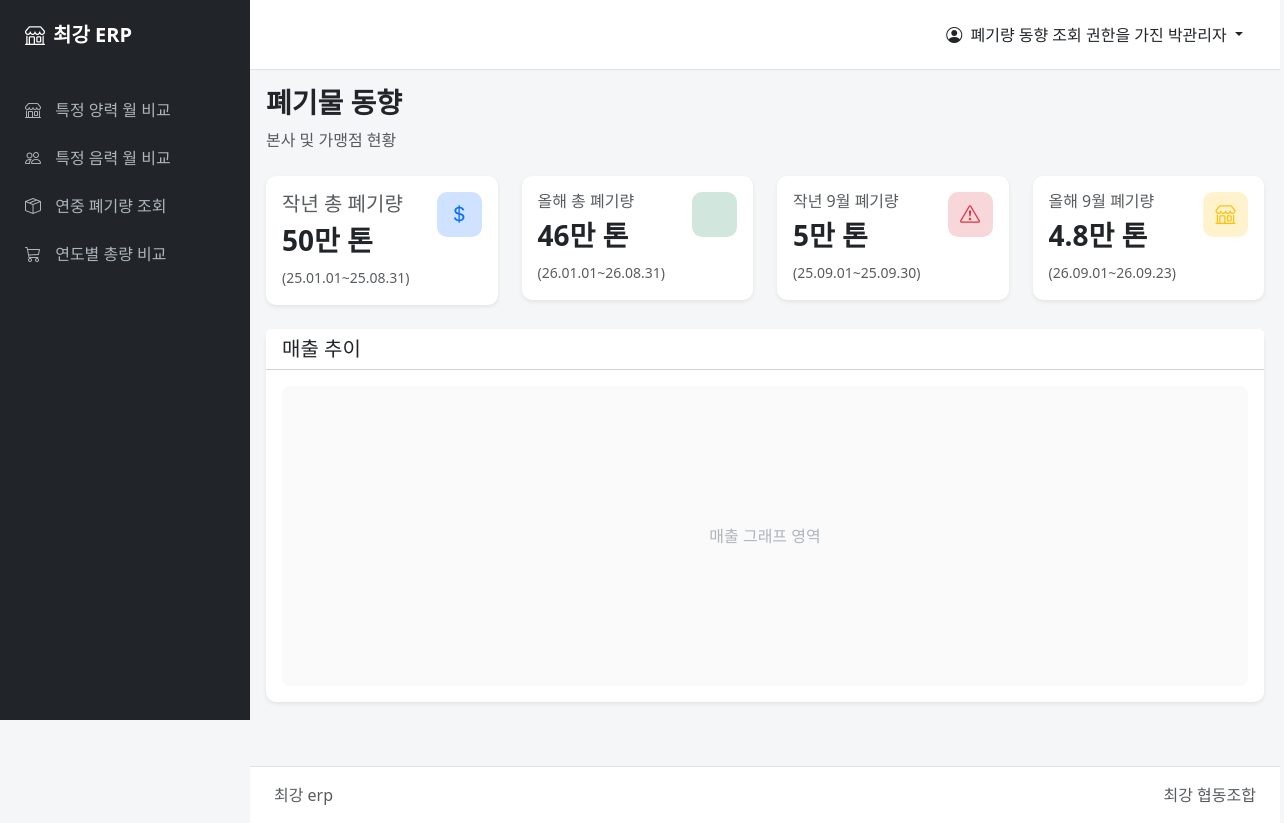
Repository: nojong99/kosta
Page: 32_MVCModel2/src/main/webapp/wasteTrends.html
These files come from the project's save history. The page is drawn as it stood at one moment and after the next save; the edit follows.
The browser window is 1280 px wide. The page is 1280 px wide, then 1284 px, so the pictures cover 1284 px, including what lies to the right of the window. The pictures show the whole page.

Above is the page before, as saved 2026-09-23 03:11:37.

### 32_MVCModel2/src/main/webapp/wasteTrends.html
<!DOCTYPE html>
<html lang="ko">

<head>
    <meta charset="UTF-8">
    <meta name="viewport" content="width=device-width, initial-scale=1">

    <title>Franchise ERP</title>

    <link
        href="https://cdn.jsdelivr.net/npm/bootstrap@5.3.8/dist/css/bootstrap.min.css"
        rel="stylesheet">
    <link
        rel="stylesheet"
        href="https://cdn.jsdelivr.net/npm/bootstrap-icons@1.13.1/font/bootstrap-icons.min.css">
	<link rel="stylesheet" href="css/wasteTrends.css">


</head>


<body>

<div class="sidebar">

    <div class="logo">

        <i class="bi bi-shop me-2"></i>

        <span>최강 ERP</span>

    </div>


    <ul class="nav flex-column mt-3">


        <!-- 대시보드 -->

        <li class="nav-item">

            <a class="nav-link" href="#">

                <i class="bi bi-shop"></i>

                <span>특정 양력 월 비교</span>

            </a>

        </li>

        <li class="nav-item">

            <a class="nav-link" href="#">

                <i class="bi bi-people"></i>

                <span>특정 음력 월 비교</span>

            </a>

        </li>

        <li class="nav-item">

            <a class="nav-link" href="#">

                <i class="bi bi-box-seam"></i>

                <span>연중 폐기량 조회</span>

            </a>

        </li>

        <li class="nav-item">

            <a class="nav-link" href="#">

                <i class="bi bi-cart3"></i>

                <span>연도별 총량 비교</span>

            </a>

        </li>



    </ul>

</div>



<!-- ==================================================
     MAIN
================================================== -->

<div class="main">


    <!-- ==================================================
         TOPBAR
    ================================================== -->

    <nav class="navbar topbar px-4">

        <div>

            <button
                class="btn btn-light d-md-none">

                <i class="bi bi-list"></i>
            </button>

        </div>


        <div class="dropdown">

            <button
                class="btn dropdown-toggle"
                data-bs-toggle="dropdown">

                <i class="bi bi-person-circle me-1"></i>

                폐기량 동향 조회 권한을 가진 박관리자

            </button>


            <ul class="dropdown-menu dropdown-menu-end">

                <li>
                    <a class="dropdown-item" href="#">
                        프로필
                    </a>
                </li>

                <li>
                    <a class="dropdown-item" href="#">
                        설정
                    </a>
                </li>

                <li>
                    <hr class="dropdown-divider">
                </li>

                <li>
                    <a class="dropdown-item" href="#">
                        로그아웃
                    </a>
                </li>

            </ul>

        </div>

    </nav>



    <main class="container-fluid p-3">

        <div class="mb-4">

            <h3 class="fw-bold">
                폐기물 동향
            </h3>

            <p class="text-muted mb-0">
                본사 및 가맹점 현황
            </p>

        </div>

        <div class="row g-4 mb-4">
            <div class="col-12 col-sm-6 col-xl-3">

                <div class="card dashboard-card shadow-sm">

                    <div class="card-body">

                        <div class="d-flex justify-content-between">

                            <div>

                                <h5 class="text-muted">
                                    작년 총 폐기량
                                </h5 >

                                <h3 class="fw-bold">
                                    50만 톤
                                </h3>

                            </div>


                            <div class="dashboard-icon bg-primary-subtle text-primary">

                                <i class="bi bi-currency-dollar"></i>

                            </div>

                        </div>

                        <small class="text-muted">
                            (25.01.01~25.08.31)
                        </small>

                    </div>

                </div>

            </div>

            <div class="col-12 col-sm-6 col-xl-3">

                <div class="card dashboard-card shadow-sm">

                    <div class="card-body">

                        <div class="d-flex justify-content-between">

                            <div>

                                <h6 class="text-muted">
                                    올해 총 폐기량
                                </h6>

                                <h3 class="fw-bold">
                                    46만 톤
                                </h3>

                            </div>


                            <div class="dashboard-icon bg-success-subtle text-success">

                            </div>

                        </div>

                        <small class="text-muted">
                            (26.01.01~26.08.31)
                        </small>

                    </div>

                </div>

            </div>

            <div class="col-12 col-sm-6 col-xl-3">

                <div class="card dashboard-card shadow-sm">

                    <div class="card-body">

                        <div class="d-flex justify-content-between">

                            <div>

                                <h6 class="text-muted">
									작년 9월 폐기량
                                </h6>

                                <h3 class="fw-bold">
                                    5만 톤
                                </h3>

                            </div>


                            <div class="dashboard-icon bg-danger-subtle text-danger">

                                <i class="bi bi-exclamation-triangle"></i>

                            </div>

                        </div>

                        <small class="text-muted">
                            (25.09.01~25.09.30)
                        </small>

                    </div>

                </div>

            </div>

            <div class="col-12 col-sm-6 col-xl-3">

                <div class="card dashboard-card shadow-sm">

                    <div class="card-body">

                        <div class="d-flex justify-content-between">

                            <div>

                                <h6 class="text-muted">
                                    올해 9월 폐기량
                                </h6>

                                <h3 class="fw-bold">
                                    4.8만 톤
                                </h3>

                            </div>


                            <div class="dashboard-icon bg-warning-subtle text-warning">

                                <i class="bi bi-shop"></i>

                            </div>

                        </div>

                        <small class="text-muted">
							(26.09.01~26.09.23)
                        </small>

                    </div>

                </div>

            </div>

        </div>



        <!-- ==================================================
             2. 매출 / 재고
        ================================================== -->

        <div class="row g-4 mb-4">


            <!-- 매출 그래프 -->

            <div class="col-12">

                <div class="card dashboard-card shadow-sm">

                    <div class="card-header bg-white">

                        <h5 class="mb-0">
                            매출 추이
                        </h5>

                    </div>

                    <div class="card-body">

                        <div class="chart-area">

                            <span>
                                매출 그래프 영역
                            </span>

                        </div>

                    </div>

                </div>

            </div>

    </main>



    <!-- ==================================================
         FOOTER
    ================================================== -->

    <footer class="py-3 mt-4 bg-white border-top">

        <div class="container-fluid px-4">

            <div class="d-flex justify-content-between">

                <span class="text-muted">
                    최강 erp
                </span>

                <span class="text-muted">
                    최강 협동조합
                </span>

            </div>

        </div>

    </footer>


</div>



<!-- Bootstrap 5 JS -->

<script
    src="https://cdn.jsdelivr.net/npm/bootstrap@5.3.8/dist/js/bootstrap.bundle.min.js">
</script>


</body>

</html>

### 32_MVCModel2/src/main/webapp/css/wasteTrends.css
@charset "UTF-8";


body {
    background-color: #f5f6f8;
}

/* 사이드바 */
.sidebar {
    width: 250px;
    min-height: 100vh;
    background-color: #212529;
    position: fixed;
    left: 0;
    top: 0;
}

.sidebar .logo {
    height: 70px;
    display: flex;
    align-items: center;
    padding: 0 25px;
    font-size: 20px;
    font-weight: bold;
    color: white;
}

.sidebar .nav-link {
    color: #adb5bd;
    padding: 12px 25px;
}

.sidebar .nav-link:hover,
.sidebar .nav-link.active {
    color: white;
    background-color: #343a40;
}

.sidebar .nav-link i {
    margin-right: 10px;
}

/* 메인 */
.main {
    margin-left: 250px;
    min-height: 100vh;
}

/* 상단바 */
.topbar {
    height: 70px;
    background-color: white;
    border-bottom: 1px solid #dee2e6;
}

/* 카드 */
.dashboard-card {
    border: none;
    border-radius: 10px;
}

.dashboard-icon {
    width: 45px;
    height: 45px;
    border-radius: 10px;

    display: flex;
    align-items: center;
    justify-content: center;

    font-size: 20px;
}

/* 차트 영역 */
.chart-area {
    height: 300px;

    display: flex;
    align-items: center;
    justify-content: center;

    color: #adb5bd;
    background-color: #fafafa;
    border-radius: 8px;
}

/* 빈 데이터 */
.empty-data {
    height: 150px;

    display: flex;
    align-items: center;
    justify-content: center;

    color: #adb5bd;
}

@media (max-width: 768px) {

    .sidebar {
        width: 70px;
    }

    .sidebar .logo span,
    .sidebar .nav-link span {
        display: none;
    }

    .sidebar .nav-link {
        text-align: center;
        padding: 15px 0;
    }

    .sidebar .nav-link i {
        margin: 0;
    }

    .main {
        margin-left: 70px;
    }

}

After the next save:
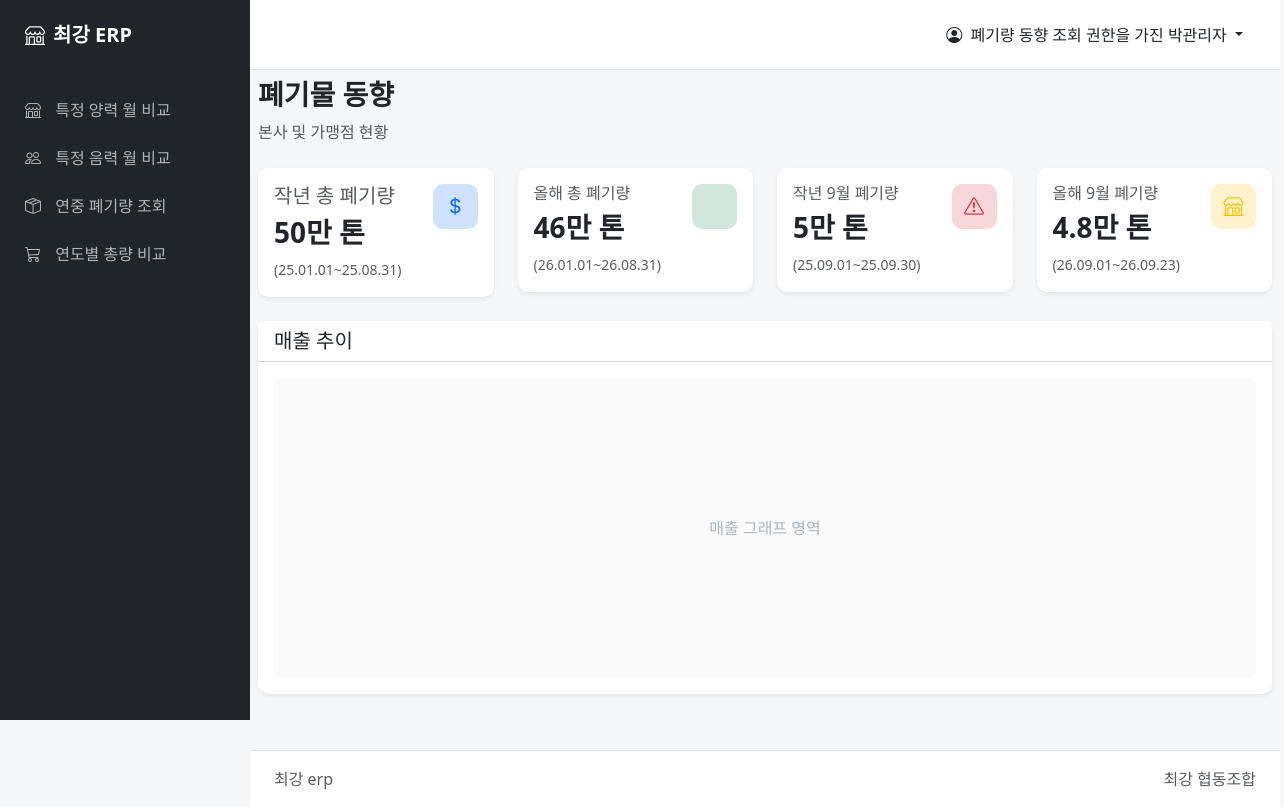
Saved 5 s later.
--- a/32_MVCModel2/src/main/webapp/wasteTrends.html
+++ b/32_MVCModel2/src/main/webapp/wasteTrends.html
@@ -162,7 +162,7 @@
 
 
 
-    <main class="container-fluid p-3">
+    <main class="container-fluid p-2">
 
         <div class="mb-4">
 
